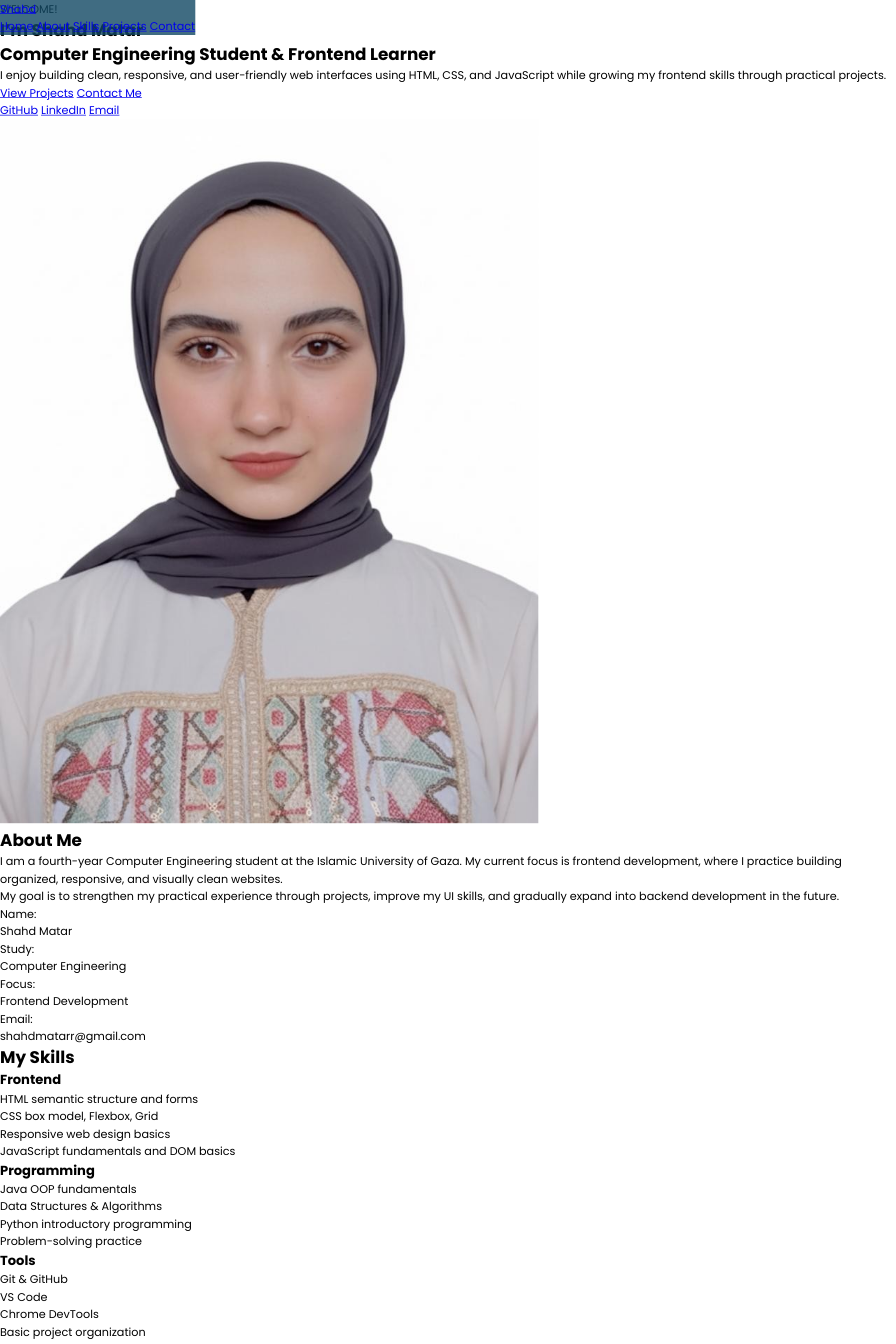
Repository: shahdmattar/personal-landing-page
Page: index.html
These files come from the project's save history. The page is drawn as it stood at one moment and after a run of saves; the edit follows.
The browser window is 1280 px wide. The pictures show the part of the page from y = 0 to 1920 px (the page is 2983 px tall), at 70% of full size.
A picture or video elsewhere on the page could not be fetched, so the positions and the page height are approximate.

Above is the page before, as saved 2026-04-14 22:29:31.

After the next 3 saves:
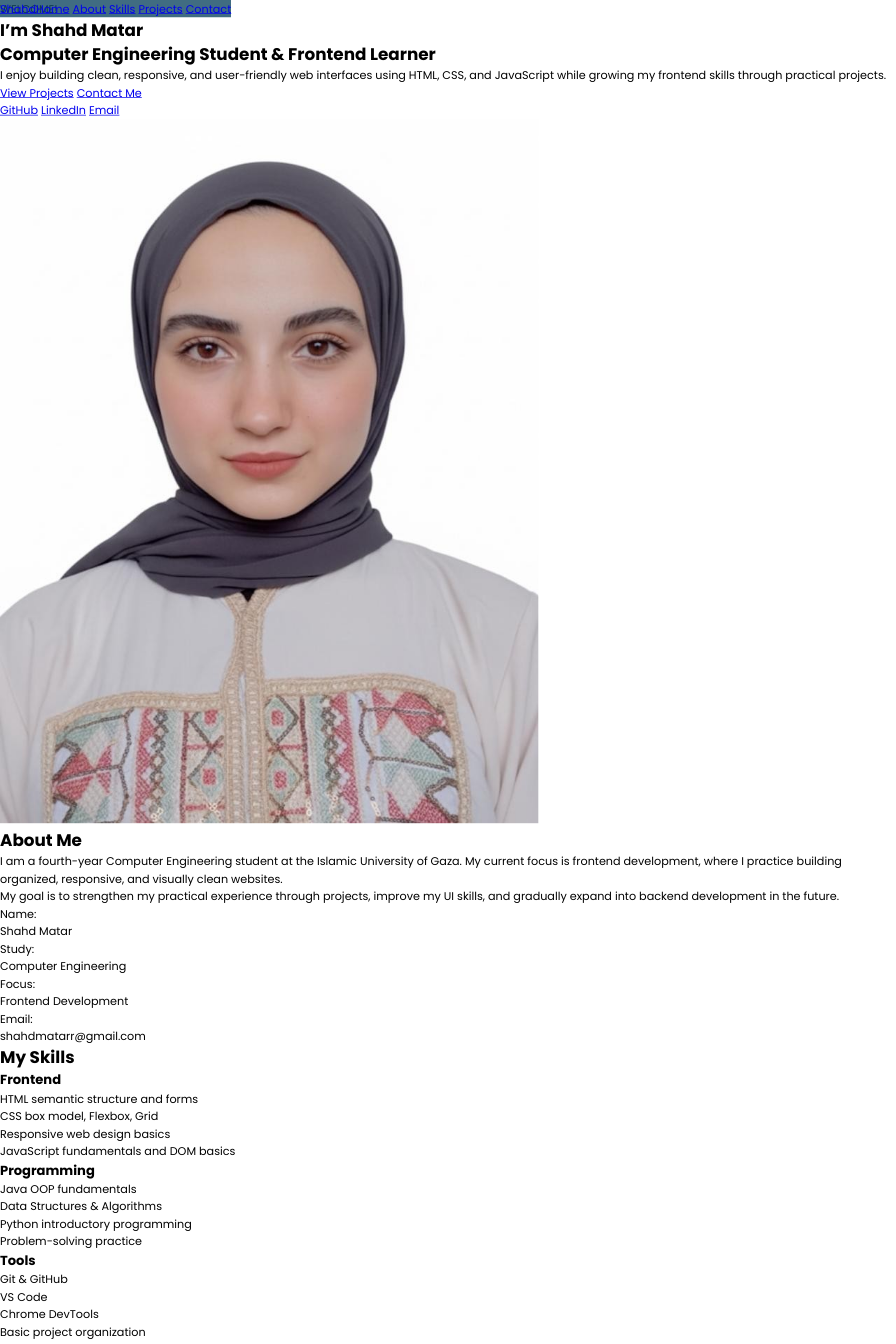
The 3 saves are shown as one change because they came seconds apart.
The last was saved 9 s later.
--- a/style.css
+++ b/style.css
@@ -10,6 +10,6 @@
 header{
   background-color:rgba(17, 72, 99, 0.8);
   position:fixed;
-  displ
+  display:flex;
   justify-content: center;
 }
